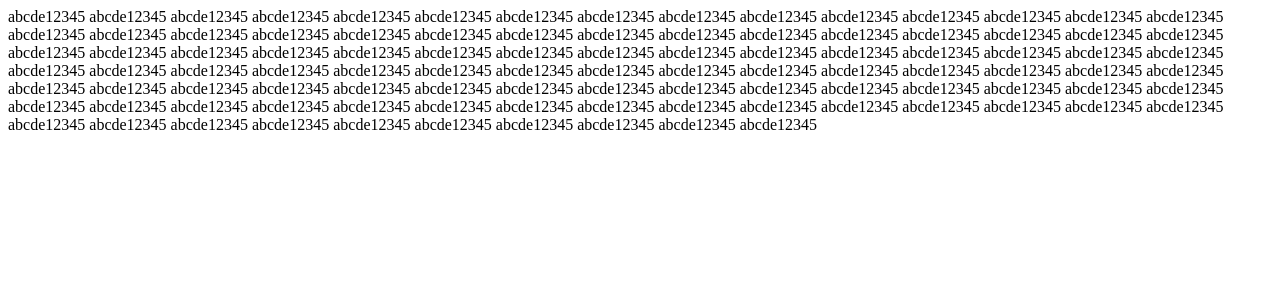
Repository: seonminpark100/jsp.ser
Page: http://localhost/MustHaveJSP/01DirectiveScript/AutoFlushTest.jsp
The author's editor kept a copy of each file at every save. The page is drawn from the files as they stood at one save, then again after a run of saves.
The browser window is 1280 px wide. The pictures show the whole page.
The page is served by Tomcat 10. Other server files are loaded and not shown.

Above is the page before, as saved 2025-05-02 03:52:04.

### MustHaveJSP/src/main/webapp/01DirectiveScript/AutoFlushTest.jsp
<%@ page language="java" contentType="text/html; charset=UTF-8"
    pageEncoding="UTF-8"
    buffer="10kb" autoFlush="false"%>
<!DOCTYPE html>
<html>
<head>
<meta charset="UTF-8">
<title>Insert title here</title>
</head>
<body>
<%
for(int i=1; i<=100; i++){
	out.println("abcde12345");
}
%>
</body>
</html>

After the next 2 saves:
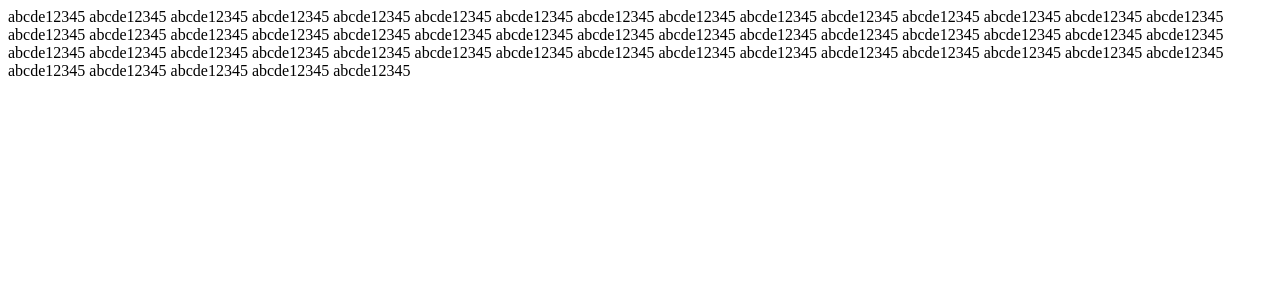
The 2 saves are shown as one change because 1 did not build or start.
The last was saved 2 min 4 s later.
--- a/MustHaveJSP/src/main/webapp/01DirectiveScript/AutoFlushTest.jsp
+++ b/MustHaveJSP/src/main/webapp/01DirectiveScript/AutoFlushTest.jsp
@@ -1,6 +1,6 @@
 <%@ page language="java" contentType="text/html; charset=UTF-8"
     pageEncoding="UTF-8"
-    buffer="10kb" autoFlush="false"%>
+    buffer="1kb" autoFlush="false"%>
 <!DOCTYPE html>
 <html>
 <head>
@@ -9,7 +9,7 @@
 </head>
 <body>
 <%
-for(int i=1; i<=100; i++){
+for(int i=1; i<=50; i++){
 	out.println("abcde12345");
 }
 %>
